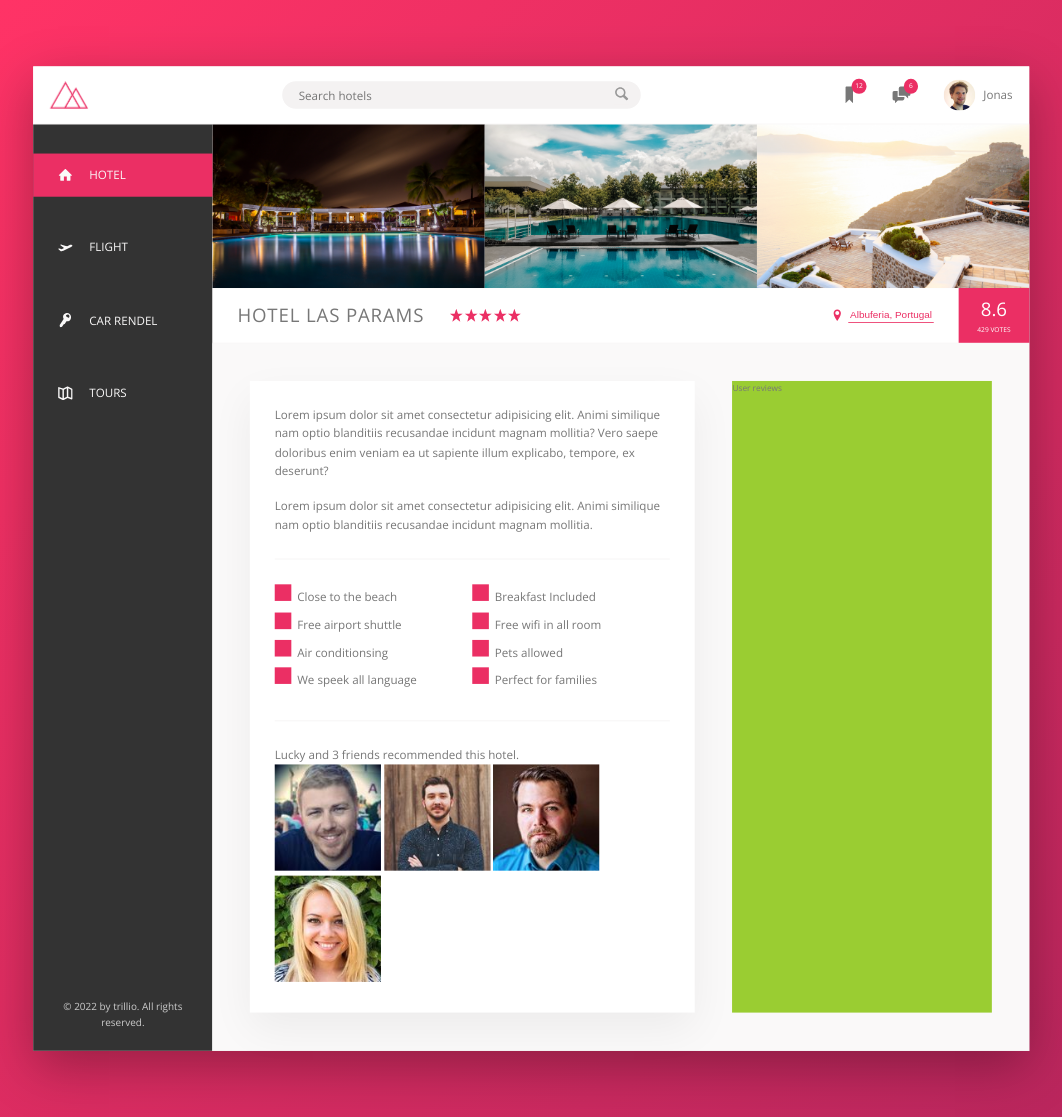
Repository: mohamediyas/flex_website
Page: index.html
The author's editor kept a copy of each file at every save. The page is drawn from the files as they stood at one save, then again after the next save.
The browser window is 1280 px wide. The pictures show the whole page, at 83% of full size.
The style sheet was rebuilt from its Sass, Less or Tailwind sources for each picture, by a compiler version that may differ from the author's.

Above is the page before, as saved 2022-08-06 14:28:01.

After the next save:
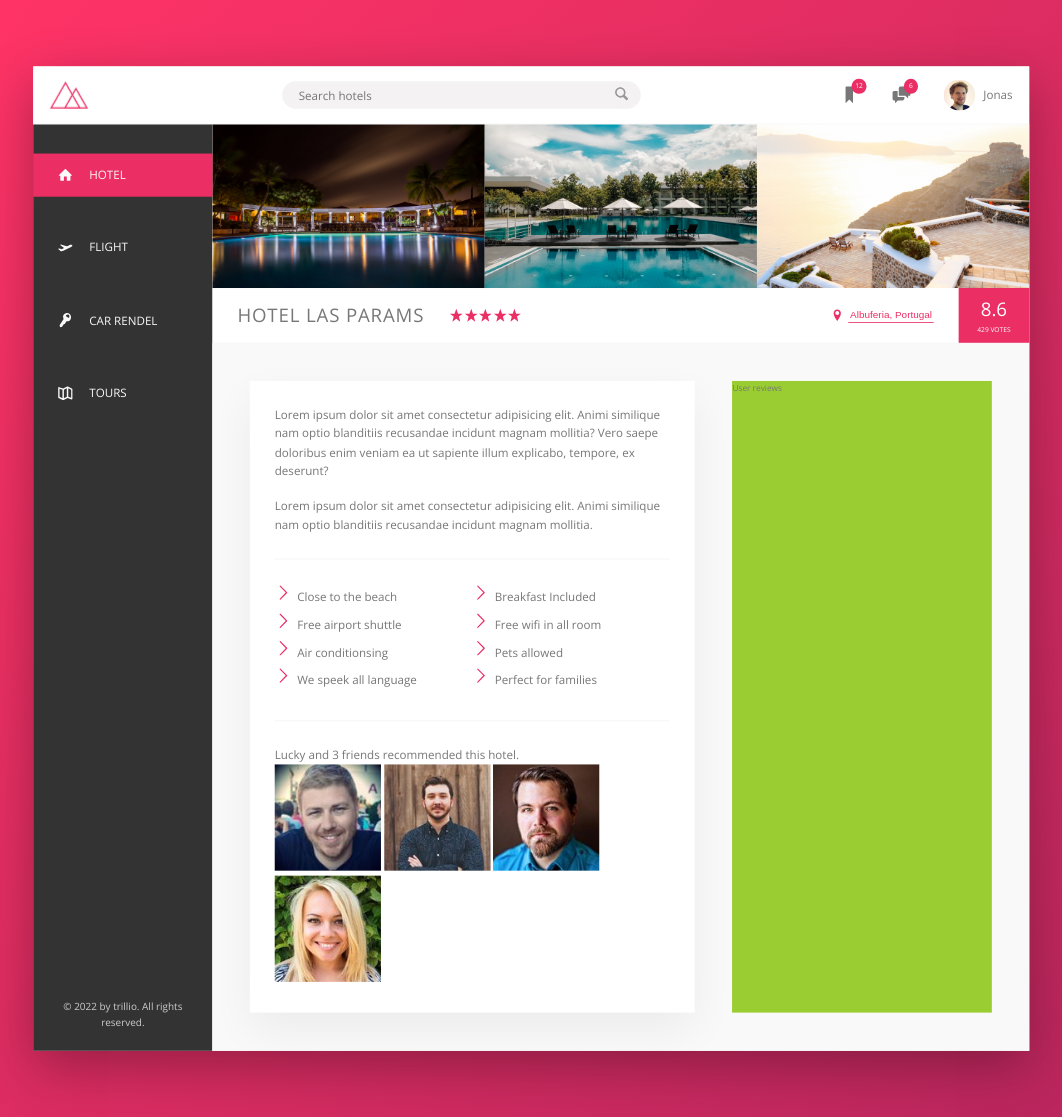
Saved 61 s later.
--- a/sass/_components.scss
+++ b/sass/_components.scss
@@ -275,5 +275,6 @@
 
     // masks
     background-color: var(--color-primary);
-  }
-}
+    -webkit-mask-image: url(../img/chevron-thin-right.svg);
+  }
+}
